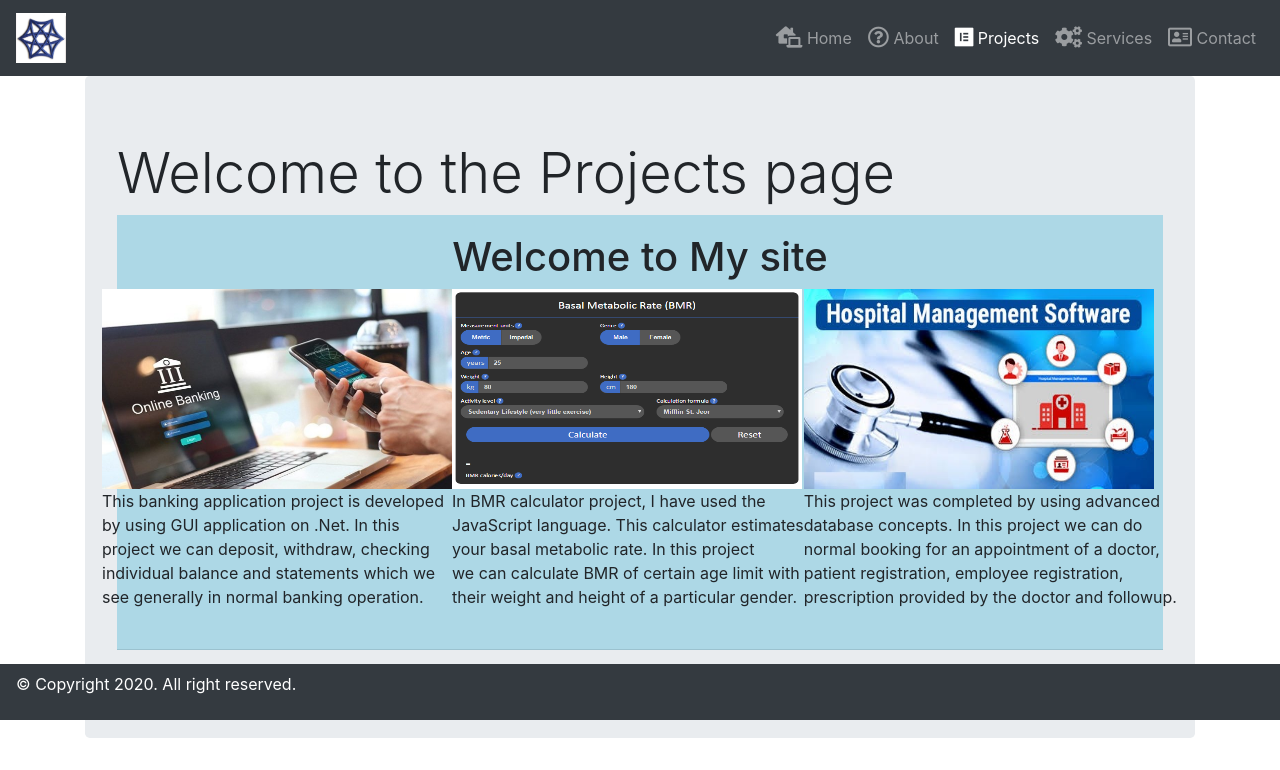
Repository: laxmangothe2020/COMP229Assignment
Page: http://localhost/projects
The author's editor kept a copy of each file at every save. The page is drawn from the files as they stood at one save, then again after the next save.
The browser window is 1280 px wide. The pictures show the whole page.
The page is served by the project's Node server (server.js). Other server files are loaded and not shown.

Above is the page before, as saved 2021-02-11 20:56:36.

### views/index.ejs

<%- include partials/header.ejs %>

   <%- include partials/main_nav.ejs %>

      <!-- Main Contain -->
   <main class="container">
    <div class="jumbotron">
    <h1 class="display-4"> Welcome to the <%= title %> page </h1>
    <!--Using Switch case all infornation passed through here-->
      <% switch (title) {
        case 'Home' : %>
        <%- include partials/home.ejs %>
                <% break;

        case 'About' : %>
        <%- include partials/about.ejs %>
                <% break;

        case 'Projects' : %>
        <%- include partials/projects.ejs %>
                <% break;

        case 'Services' : %>
        <%- include partials/services.ejs %>
                <% break;

        case 'Contact' : %>
        <%- include partials/contact.ejs %>
              <% break;
       } %>
      <hr class="my-4">
    </div>
  </main>

   <%- include partials/bottom_nav.ejs %>


    <%- include partials/footer.ejs %>

### views/partials/header.ejs

<!DOCTYPE html>
<html lang="en">
  <head>
   <meta charset="UTF-8">
   <meta name="viewport" content="with=device-width, initial-scale=1.0">
    <title><%= title %></title>

  <!-- CSS Section-->
  <link rel="stylesheet" href="/bootstrap/dist/css/bootstrap.min.css">
  <link rel="stylesheet" href="/@fortawesome/fontawesome-free/css/all.min.css">
  <link rel='stylesheet' href='/Content/app.css'/>

</head>
<body>

### views/partials/main_nav.ejs
<!-- Main Navigation -->
   <nav class="navbar navbar-expand-lg navbar-dark bg-dark">
      <a class="navbar-brand" href="/"><img src="./Assets/images/hexagon.jpg" alt="Hexagon picture" width="50" height="50"></a>
      <button class="navbar-toggler" type="button" data-toggle="collapse" data-target="#navbarSupportedContent" aria-controls="navbarSupportedContent" aria-expanded="false" aria-label="Toggle navigation">
       <span class="navbar-toggler-icon"></span>
     </button>

     <div class="collapse navbar-collapse" id="navbarSupportedContent">
        <ul class="navbar-nav ml-auto">

          <% if (title == "Home") { %>
        <li class="nav-item active">
        <% } else { %>
        <li class="nav-item">
        <% } %>
          <a class="nav-link" href="/home"><i class="fas fa-lg fa-laptop-house"></i> Home </a>
        </li>

        <% if (title == "About") { %>
          <li class="nav-item active">
          <% } else { %>
          <li class="nav-item">
          <% } %>
        <a class="nav-link" href="/about"><i class="far fa-lg fa-question-circle"></i> About </a>
        </li>

        <% if (title == "Projects") { %>
          <li class="nav-item active">
          <% } else { %>
          <li class="nav-item">
          <% } %>
        <a class="nav-link" href="/projects"><i class="fab fa-lg fa-elementor"></i> Projects </a>
        </li>

        <% if (title == "Services") { %>
          <li class="nav-item active">
          <% } else { %>
          <li class="nav-item">
          <% } %>
        <a class="nav-link" href="/services"><i class="fas fa-lg fa-cogs"></i> Services </a>
        </li>

        <% if (title == "Contact") { %>
          <li class="nav-item active">
          <% } else { %>
          <li class="nav-item">
          <% } %>
        <a class="nav-link" href="/contact"><i class="far fa-lg fa-address-card"></i> Contact </a>

        </li>

      </div>
    </nav>

### views/partials/home.ejs
<body>
   <div style="background-color: lightblue;margin-bottom: 10px">
                    <h3 style="padding-left: 40px;padding-top:10px;color: #AA7439"><h1 style="text-align:center;">Welcome to My site</h1>
                    <div style="width: 100%;height:100%;background-color:lightblue;">
                        <img src="./Assets/images/homeimg.png" alt="3D Picture" width="450" style="float: right;margin-left: 20px;margin-right:20px;">
                       <p style="padding-left:15px; padding-right: 10px; color:#696969;margin:20px;text-align: justify;line-height:1.7;padding-bottom: 20px;">
                           Your new MyWebsite Now is here! Let's build and publish your website together. We developed this series of help articles to introduce you to the basic functions of web design with your MyWebsite Now.Our industry software experts have years of experience building business automation web solutions for a number of verticals. We use custom APIs and our mastery of web services to build web-based automation services for applications like inventory control, digital marketing and customer relationship management.
                           <br> <br><b> MISSION STATEMENT </b><br><br>
                            My mission is to have a successful careers in software engineering and graduate education with a thorough understanding of software engineering and experiential learning opportunities to apply that knowledge to solve real-world problems.
                             </p>
                    </div>
                    </div>
        <p>
         <h5 style="text-align:center;"><a href="/about"> About Page</a></h5>
        </p>
         <div >
                <div class="social" style="float:left;clear:none;float: right;">

                   <img src="./Assets/images/fbcolor.png">

                   <img src="./Assets/images/InstaColor.png">

                    <img src="./Assets/images/twitterColor.png">
                    <img src="./Assets/images/gPlusColor.png">
               </div>
            </div>

</body>

### views/partials/about.ejs

         <div id="contentEditable">


                    <div style="background-color: lightblue;">
                        <h3 style="padding-left: 40px;padding-top:20px;color: #AA7439"><h3 style="text-align:center;"> About Me </h3>
                        <div style="width: 100%;height:100%;background-color:lightblue;">
                            <img src="./Assets/images/laxman.jpeg" alt="Security for Life" width="300" style="float: right;margin-left: 30px;margin-right:30px">
                           <p style="padding-left:15px; padding-right: 10px; color:#696969;margin:20px;text-align: justify;line-height:1.7;padding-bottom: 20px;">
                             Hello, my name is Laxman Gothe. Currently, I am a student of Software Engineering Technology in the 3rd semester. I am from Nepal. I believe that learning never ends. I love hiking, rafting, and traveling to new places in my free time.
                             <br>
                             <br>
                             Regarding to my education, I had completed a bachlor's degree in Electronics and Communication Engineering fro Tribhuvan University, Nepal.
                             <br>
                             <br>
                             I had enrolled in Software Engineering Technology at Centennial College to a software developer and currently I am enrolled in 3rd semester. Software technology is my first subject that I am taking in Canada and I am enjoying it as it is my part of interest too.
                             <br>
                             <br>
                             Thank You
                             <br>
                             <br>
                             With Regards
                             <br>
                             <br>
                             Laxman Gothe
                             <br>
                             <br>
                             301102988

                           </p>
                       </div>


                    </div>
        </div>
<p>
<h5 style="text-align:center;"><a href="/public/PDF/resume.pdf"> Resume </a></h5>
</p>

### views/partials/projects.ejs
<body>
 <div style="background-color: lightblue;margin-bottom: 15px">
     <h3 style="padding-left: 40px;padding-top:10px;color: #AA7439">
        <h1 style="text-align:center;">Welcome to My site</h1> <div style="width: 100%;height:100%;background-color:lightblue;"></div>
          <div id="contentEditable">
            <div class="row">
             <div class="column">
              <img src="./Assets/images/banking.jpg" width="350" height="200">
              <p> This banking application project is developed<br>
                 by using GUI application on .Net. In this  <br>
                 project we can deposit, withdraw, checking<br>
                 individual balance and statements which we <br>
                 see generally in normal banking operation.</p>
            </div>


           <div class="column">
             <img src="./Assets/images/bmr.png" width="350" height="200" >
              <p> In BMR calculator project, I have used the<br>
                  JavaScript language. This calculator estimates <br>
                  your basal metabolic rate. In this project <br>
                  we can calculate BMR of certain age limit with <br>
                  their weight and height of a particular gender.</p>
           </div>
           <div class="column">
               <img src="./Assets/images/hospital.jpg" width="350" height="200" >
               <p> This project was completed by using advanced<br>
                   database concepts. In this project we can do <br>
                   normal booking for an appointment of a doctor,<br>
                   patient registration, employee registration,<br>
                   prescription provided by the doctor and followup.</p>
           </div>
      </div>
  </div>
 </body>

### views/partials/services.ejs


<div class="row">
    <div class="column">
        <img src="./Assets/images/mobile.jpg" width="350" height="250" >
    </div>
    <div class="column">
        <img src="./Assets/images/game.jpg" width="350" height="250" >
    </div>
    <div class="column">
        <img src="./Assets/images/quality.jpg" width="350" height="250" >
    </div>
    <br><p><b>Services we provides are:</b></p><br>
    <br><ul style="list-style-image:url(images/bullet.png);">
    <li>Mobile Development  📱</li>
    <li>Game Development  🎮</li>
    <li>Quality Assurance  🎖️</li>
    <li>Website Design  🌐</li>
    <li>Technical Support  ♻️</li>
    </ul>
</div>

### views/partials/contact.ejs
<body>
 <div style="background-color: lightblue;margin-bottom: 10px">
  <h3 style="padding-left: 40px;padding-top:10px;color: #AA7439"><h1 style="text-align:center;">Welcome to My site</h1>
   <div style="width: 100%;height:100%;background-color:lightblue;">
      <div class="container">
       <h5 class="display-5">Please Fillup the following details</h5>
         <div id="errorMessage" class="alert alert-danger" role="alert" hidden>
       </div>

     <form id="conactForm">
      <div class="form-group">
        <label for="firstName">First Name</label>
        <input type="text" class="form-control" id="firstName" name="firstName" aria-describedby="firstName"
        placeholder="Enter First Name" required autofocus>
      </div>

      <div class="form-group">
        <label for="lastName">Last Name</label>
        <input type="text" class="form-control" id="lastName" name="lastName" aria-describedby="lastName"
        placeholder="Enter Last Name" required>
      </div>

      <div class="form-group">
        <label for="contactNumber">Contact Number</label>
        <input type="tel" class="form-control" id="contactNumber" name="contactNumber" aria-describedby="contactNumber"
        placeholder="Enter Contact Number" required>
      </div>

      <div class="form-group">
        <label for="emailAddress">Email address</label>
        <input type="email" class="form-control" id="emailAddress" name="emailAddress" aria-describedby="emailAddress"
        placeholder="Enter Email" required>
      </div>

      <div class="form-group">
        <label for="shortMessage">Your Message</label>
        <textarea class="form-control" id="shortMessage"  name="shortMessage" rows="3" aria-describedby="shortMessage" placeholder="--If you have Short message, please write here--" required></textarea></textarea>
      </div>

      <button type="button" class="btn btn-outline-success">Submit</button></a>
      <!--<button id="submitButton" type="submit" class="btn btn-primary btn-lg"><i class="fas fa-share-square"></i> Send</button> -->
      <button type="button" class="btn btn-outline-danger">Cancel</button>
     </form>
     </div>
    </div>
   </div>
   </body>

### views/partials/bottom_nav.ejs
<!-- Bottom Nav -->

    <footer>

       <nav class="navbar fixed-bottom navbar-dark bg-dark">
           <p style="color:white;">&copy; Copyright 2020. All right reserved.</p>
       </nav>

    </footer>

### views/partials/footer.ejs
<!-- Script Section-->
    <script src="/jquery/dist/jquery.min.js"></script>
    <script src="/bootstrap/dist/js/bootstrap.min.js"></script>
    <script src="/Scripts/app.js"></script>
 </body>
</html>

### server.js
#!/usr/bin/env node

/**
 * Module dependencies.
 */

let app = require('./app');
let debug = require('debug')('week4:server');
let http = require('http');

/**
 * Get port from environment and store in Express.
 */

let port = normalizePort(process.env.PORT || '3000');
app.set('port', port);

/**
 * Create HTTP server.
 */

let server = http.createServer(app);

/**
 * Listen on provided port, on all network interfaces.
 */

server.listen(port);
server.on('error', onError);
server.on('listening', onListening);

/**
 * Normalize a port into a number, string, or false.
 */

function normalizePort(val) {
  let port = parseInt(val, 10);

  if (isNaN(port)) {
    // named pipe
    return val;
  }

  if (port >= 0) {
    // port number
    return port;
  }

  return false;
}

/**
 * Event listener for HTTP server "error" event.
 */

function onError(error) {
  if (error.syscall !== 'listen') {
    throw error;
  }

  let bind = typeof port === 'string'
    ? 'Pipe ' + port
    : 'Port ' + port;

  // handle specific listen errors with friendly messages
  switch (error.code) {
    case 'EACCES':
      console.error(bind + ' requires elevated privileges');
      process.exit(1);
      break;
    case 'EADDRINUSE':
      console.error(bind + ' is already in use');
      process.exit(1);
      break;
    default:
      throw error;
  }
}

/**
 * Event listener for HTTP server "listening" event.
 */

function onListening() {
  let addr = server.address();
  let bind = typeof addr === 'string'
    ? 'pipe ' + addr
    : 'port ' + addr.port;
  debug('Listening on ' + bind);
}

### routes/index.js
var express = require('express');
var router = express.Router();

/* GET home page. */
router.get('/', function(req, res, next) {
  res.render('index', { title: 'Home'});
});

/* GET home page. */
router.get('/home', function(req, res, next) {
  res.render('index', { title: 'Home'});
});

/* GET About page. */
router.get('/about', function(req, res, next) {
  res.render('index', { title: 'About'});
});

/* GET Products page. */
router.get('/projects', function(req, res, next) {
  res.render('index', { title: 'Projects'});
});

/* GET Services page. */
router.get('/services', function(req, res, next) {
  res.render('index', { title: 'Services'});
});


/* GET Contact us page. */
router.get('/contact', function(req, res, next) {
  res.render('index', { title: 'Contact'});
});

module.exports = router;

### app.js
//installed third party packages
let createError = require('http-errors');
let express = require('express');
let path = require('path');
let cookieParser = require('cookie-parser');
let logger = require('morgan');

let indexRouter = require('./routes/index');
let usersRouter = require('./routes/users');

let app = express();

// view engine setup
app.set('views', path.join(__dirname, 'views'));
app.set('view engine', 'ejs');

app.use(logger('dev'));
app.use(express.json());
app.use(express.urlencoded({ extended: false }));
app.use(cookieParser());
app.use(express.static(path.join(__dirname, 'public')));
app.use(express.static(path.join(__dirname, 'node_modules')));

app.use('/', indexRouter);
app.use('/users', usersRouter);
app.use('/public/images', express.static('./public/images') ) ;
app.use('/public/PDF', express.static('./public/PDF'));
app.use('/views/partials', express.static('./views/partials'));


// catch 404 and forward to error handler
app.use(function(req, res, next) {
  next(createError(404));
});

// error handler
app.use(function(err, req, res, next) {
  // set locals, only providing error in development
  res.locals.message = err.message;
  res.locals.error = req.app.get('env') === 'development' ? err : {};

  // render the error page
  res.status(err.status || 500);
  res.render('error');
  res.render('error', {title: 'Error'});
});

module.exports = app;

### public/Content/app.css
/* Custom CSS goes here */

### public/Scripts/app.js
// IIFE
(function(){
    function start()
    {
        console.log("App started...")
    }
    window.addEventListener("load", start);

})();

After the next save:
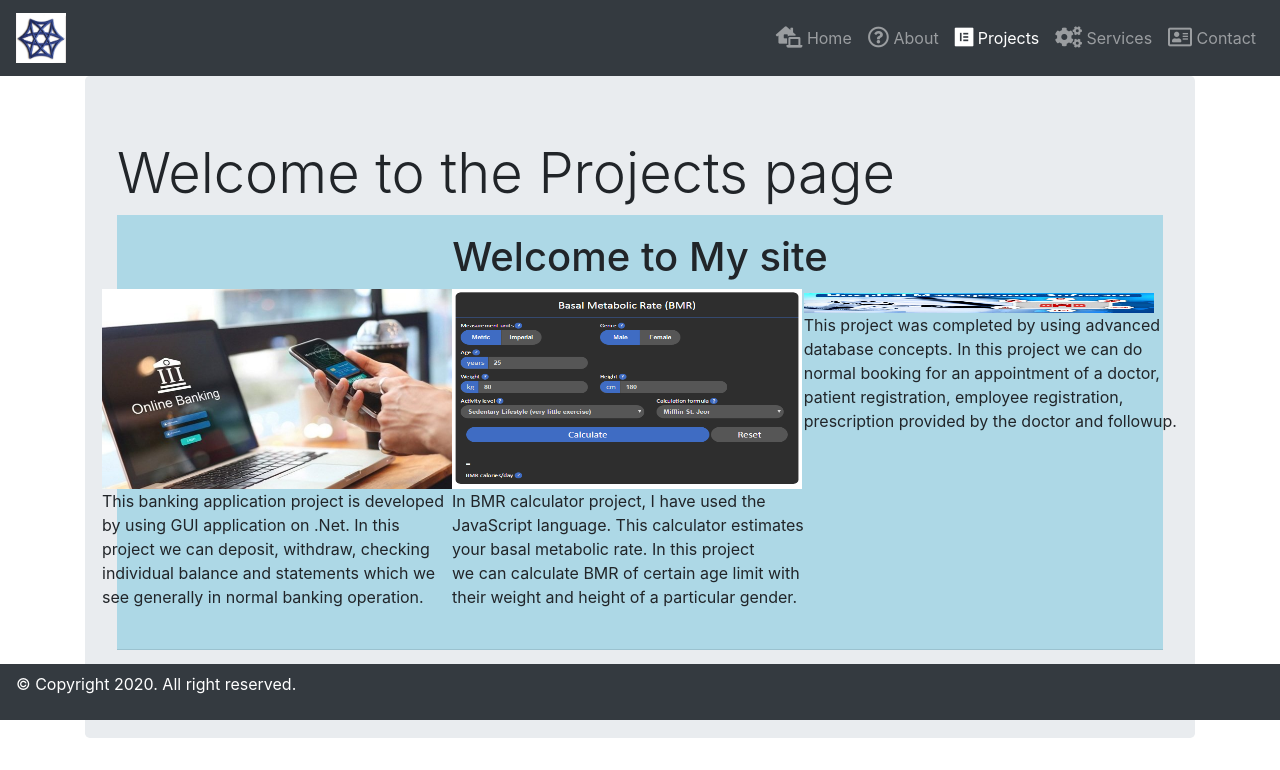
Saved 104 s later.
--- a/views/partials/projects.ejs
+++ b/views/partials/projects.ejs
@@ -23,7 +23,7 @@
                   their weight and height of a particular gender.</p>
            </div>
            <div class="column">
-               <img src="./Assets/images/hospital.jpg" width="350" height="200" >
+               <img src="./Assets/images/hospital.jpg" width="350" height="20" >
                <p> This project was completed by using advanced<br>
                    database concepts. In this project we can do <br>
                    normal booking for an appointment of a doctor,<br>

After the save that followed:
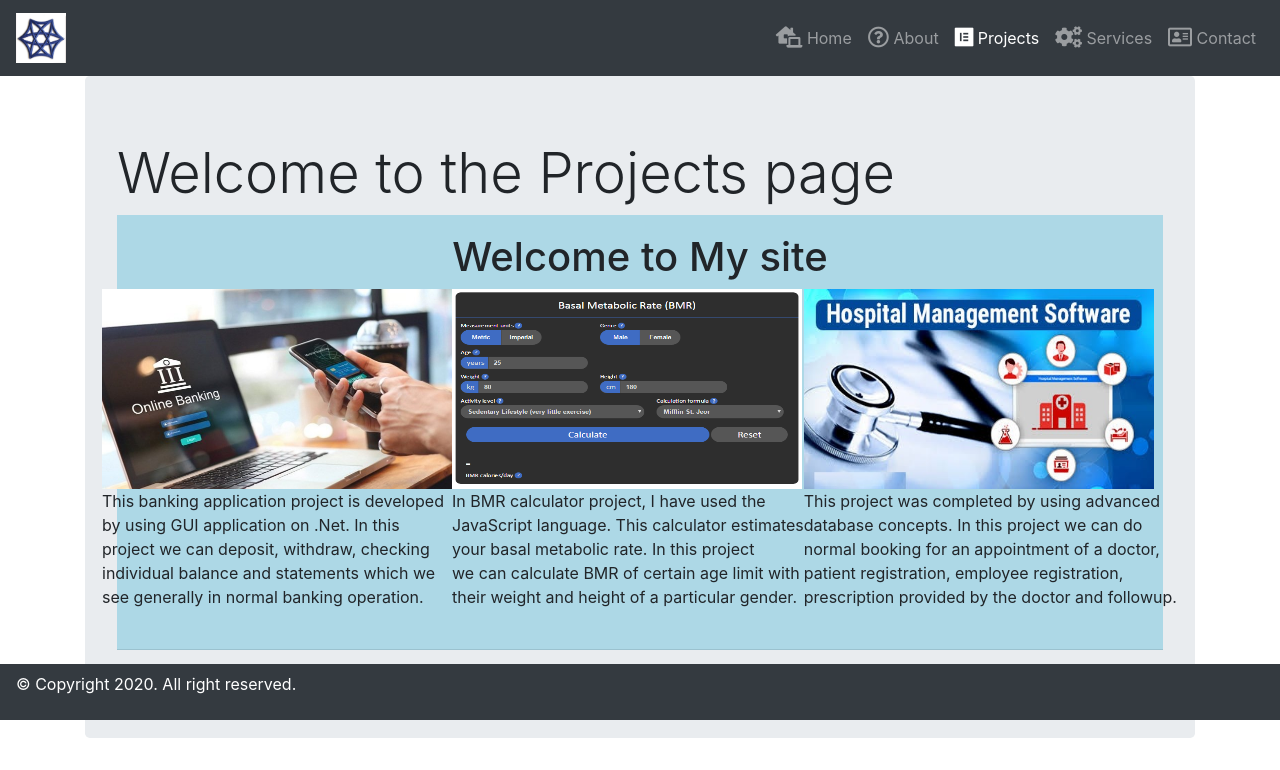
Saved 18 s later.
--- a/views/partials/projects.ejs
+++ b/views/partials/projects.ejs
@@ -23,7 +23,7 @@
                   their weight and height of a particular gender.</p>
            </div>
            <div class="column">
-               <img src="./Assets/images/hospital.jpg" width="350" height="20" >
+               <img src="./Assets/images/hospital.jpg" width="350" height="200" >
                <p> This project was completed by using advanced<br>
                    database concepts. In this project we can do <br>
                    normal booking for an appointment of a doctor,<br>
